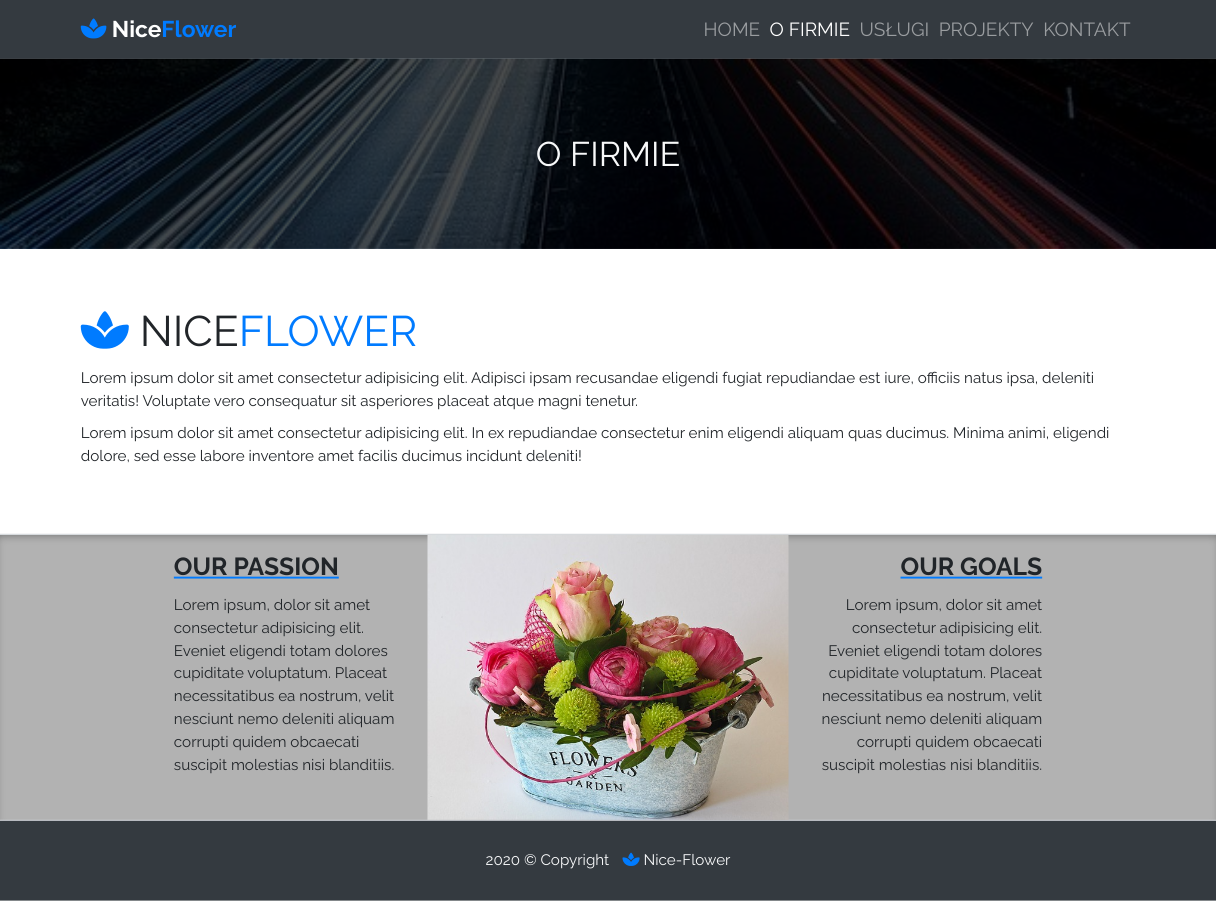
Repository: KrzysKolo/Projekt-13_Kwiaciarnia
Page: abouteus.html
An editor plug-in stored every save of this project. The page is shown before and after the next save, followed by the edit.
The browser window is 1280 px wide. The pictures show the whole page, at 95% of full size.
Some web libraries are served in a nearby version.

Above is the page before, as saved 2020-08-10 10:05:03.

### abouteus.html
<!DOCTYPE html>
<html lang="pl">
  <head>
    <meta charset="UTF-8" />
    <meta name="viewport" content="width=device-width, initial-scale=1.0" />
    <title>Nice-Flower</title>
    <script
      src="https://kit.fontawesome.com/21efeaf281.js"
      crossorigin="anonymous"
    ></script>

    <link
      rel="stylesheet"
      href="https://stackpath.bootstrapcdn.com/bootstrap/4.5.0/css/bootstrap.min.css"
      integrity="sha384-9aIt2nRpC12Uk9gS9baDl411NQApFmC26EwAOH8WgZl5MYYxFfc+NcPb1dKGj7Sk"
      crossorigin="anonymous"
    />
    <link
      href="https://fonts.googleapis.com/css2?family=Raleway:wght@400;700&display=swap"
      rel="stylesheet"
    />
    <link rel="stylesheet" href="style.css" />
  </head>
  <body>
    <nav class="navbar navbar-expand-lg navbar-dark bg-dark py-3">
      <div class="container">
        <a class="navbar-brand" href="#"
          ><i class="fas fa-spa text-primary"></i> Nice<span
            class="text-primary"
            >Flower</span
          ></a
        >
        <button
          class="navbar-toggler border-0"
          type="button"
          data-toggle="collapse"
          data-target="#navbarNavAltMarkup"
          aria-controls="navbarNavAltMarkup"
          aria-expanded="false"
          aria-label="Toggle navigation"
        >
          <i class="fas fa-bars px-4"></i>
        </button>
        <div class="collapse navbar-collapse" id="navbarNavAltMarkup">
          <div class="navbar-nav ml-auto">
            <a class="nav-link" href="index.html">Home </a>
            <a class="nav-link active" href="#"
              >O firmie<span class="sr-only">(current)</span></a
            >
            <a class="nav-link" href="services.html">Usługi</a>
            <a class="nav-link" href="projects.html">Projekty</a>
            <a class="nav-link" href="contact.html">Kontakt</a>
          </div>
        </div>
      </div>
    </nav>

    <!-- MAIN -->
    <main>
      <section class="top-hero aboutus-hero">
        <div class="hero-shadow"></div>
        <p class="top-hero-text text-light">O firmie</p>
      </section>
      <section class="aboutus-top p-5">
        <div class="row">
          <div class="container py-5">
            <p class="display-3">
              <i class="fas fa-spa text-primary"></i> Nice<span
                class="text-primary"
                >Flower</span
              >
            </p>
            <p>
              Lorem ipsum dolor sit amet consectetur adipisicing elit. Adipisci
              ipsam recusandae eligendi fugiat repudiandae est iure, officiis
              natus ipsa, deleniti veritatis! Voluptate vero consequatur sit
              asperiores placeat atque magni tenetur.
            </p>
            <p>
              Lorem ipsum dolor sit amet consectetur adipisicing elit. In ex
              repudiandae consectetur enim eligendi aliquam quas ducimus. Minima
              animi, eligendi dolore, sed esse labore inventore amet facilis
              ducimus incidunt deleniti!
            </p>
          </div>
        </div>
      </section>
      <section class="border-top border-bottom aboutus-info aboutus-shadow">
        <div class="container">
          <div class="row m-0 justify-content-center">
            <div class="col-lg-3 aboutus-text abouts-text-left">
              <h3>our passion</h3>
              <p>
                Lorem ipsum, dolor sit amet consectetur adipisicing elit.
                Eveniet eligendi totam dolores cupiditate voluptatum. Placeat
                necessitatibus ea nostrum, velit nesciunt nemo deleniti aliquam
                corrupti quidem obcaecati suscipit molestias nisi blanditiis.
              </p>
            </div>
            <div class="d-lg-none col aboutus-img"></div>
            <div class="d-none d-lg-block col-lg-4 aboutus-img"></div>
            <div class="col-lg-3 aboutus-text abouts-text-right">
              <h3>our goals</h3>
              <p>
                Lorem ipsum, dolor sit amet consectetur adipisicing elit.
                Eveniet eligendi totam dolores cupiditate voluptatum. Placeat
                necessitatibus ea nostrum, velit nesciunt nemo deleniti aliquam
                corrupti quidem obcaecati suscipit molestias nisi blanditiis.
              </p>
            </div>
          </div>
        </div>
      </section>
    </main>
    <footer class="bg-dark text-light">
      <p class="py-5 px-3 mb-0 text-center">
        2020 &copy; Copyright
        <i class="ml-3 fas fa-spa text-primary"></i> Nice-Flower
      </p>
    </footer>
    <script
      src="https://code.jquery.com/jquery-3.5.1.slim.min.js"
      integrity="sha384-DfXdz2htPH0lsSSs5nCTpuj/zy4C+OGpamoFVy38MVBnE+IbbVYUew+OrCXaRkfj"
      crossorigin="anonymous"
    ></script>
    <script
      src="https://cdn.jsdelivr.net/npm/popper.js@1.16.0/dist/umd/popper.min.js"
      integrity="sha384-Q6E9RHvbIyZFJoft+2mJbHaEWldlvI9IOYy5n3zV9zzTtmI3UksdQRVvoxMfooAo"
      crossorigin="anonymous"
    ></script>
    <script
      src="https://stackpath.bootstrapcdn.com/bootstrap/4.5.0/js/bootstrap.min.js"
      integrity="sha384-OgVRvuATP1z7JjHLkuOU7Xw704+h835Lr+6QL9UvYjZE3Ipu6Tp75j7Bh/kR0JKI"
      crossorigin="anonymous"
    ></script>
  </body>
</html>

### style.css
* {
  box-sizing: border-box;
  margin: 0;
  padding: 0;
}
html {
  font-size: 62.5%;
}
body {
  font-family: "Raleway", sans-serif;
  font-size: 1.6rem;
}
.hero-shadow {
  position: absolute;
  top: 0;
  width: 100%;
  height: 100%;
  background-color: rgba(0, 0, 0, 0.7);
  z-index: -1;
}
.additional-text {
  font-size: 1.8rem;
}
.top-hero {
  position: relative;
  height: 20rem;
  background-size: cover;
  z-index: 0;
}
.top-hero-text {
  display: flex;
  justify-content: center;
  align-items: center;
  height: 100%;
  font-size: 3.6rem;
  text-transform: uppercase;
}
/* ----------- */
/*  nawigacja  */
/* ----------- */
nav {
  font-size: 2rem;
  text-transform: uppercase;
}
.navbar-toggler {
  font-size: 3rem;
}
.navbar-brand {
  font-size: 2.4rem;
  font-weight: bold;
  text-transform: none;
}
/* ----------- */
/*    header   */
/* ----------- */
header {
  font-size: 2rem;
}
.carousel-item {
  position: relative;
  height: 400px;
  background-position: center;
  background-size: cover;
  z-index: 0;
}
.carousel-img-one {
  background-image: url("./img/b1m.jpg");
}
.carousel-img-two {
  background-image: url("./img/b2m.jpg");
}
.carousel-img-three {
  background-image: url("./img/b4m.jpg");
}
/* ----------- */
/*     main    */
/* ----------- */
.home-boxes {
  padding: 5rem 0;
}
.home-box i {
  font-size: 4rem;
}
.home-box h3 {
  font-size: 2.6rem;
}
/* ----------- */
.home-passion {
  position: relative;
  height: 350px;
  background-image: url("./img/b8m.jpg");
  background-position: center;
  background-size: cover;
  z-index: 0;
}
/* ----------- */
.home-brand h3 {
  font-size: 3rem;
  font-weight: bold;
}
/* ----------- */
/*   aboutus   */
/* ----------- */
.aboutus-hero {
  background-image: url("./img/obrazek1.jpg");
  background-position: bottom;
}
/* ----------- */
.aboutus-top .display-3 {
  text-transform: uppercase;
}
/* ----------- */
.aboutus-info {
  background-color: rgba(0, 0, 0, 0.3);
}
.aboutus-info .container {
  padding: 2em 0.5em;
}
.aboutus-text {
  padding: 1.8rem;
}
.aboutus-text h3 {
  margin-bottom: 0.5em;
  font-size: 2.6rem;
  text-transform: uppercase;
  font-weight: bold;
  text-decoration: underline #007bff;
}
.abouts-text-right {
  text-align: right;
}
.aboutus-img {
  height: 300px;
  background-image: url("./img/b5m.jpg");
  background-position: center;
  background-size: cover;
}
/* ----------- */
/*    footer   */
/* ----------- */
footer {
  font-size: 1.6rem;
}
@media (min-width: 992px) {
  .aboutus-info .container {
    padding: 0;
  }
  .aboutus-shadow {
    box-shadow: inset 0 5px 10px -5px rgba(0, 0, 0, 0.4);
  }
}
@media (min-width: 1400px) {
  .carousel-item {
    height: 600px;
  }
  .carousel-img-one {
    background-image: url("./img/b1.jpg");
  }
  .carousel-img-two {
    background-image: url("./img/b2.jpg");
  }
  .carousel-img-three {
    background-image: url("./img/b4.jpg");
  }
}

After the next save:
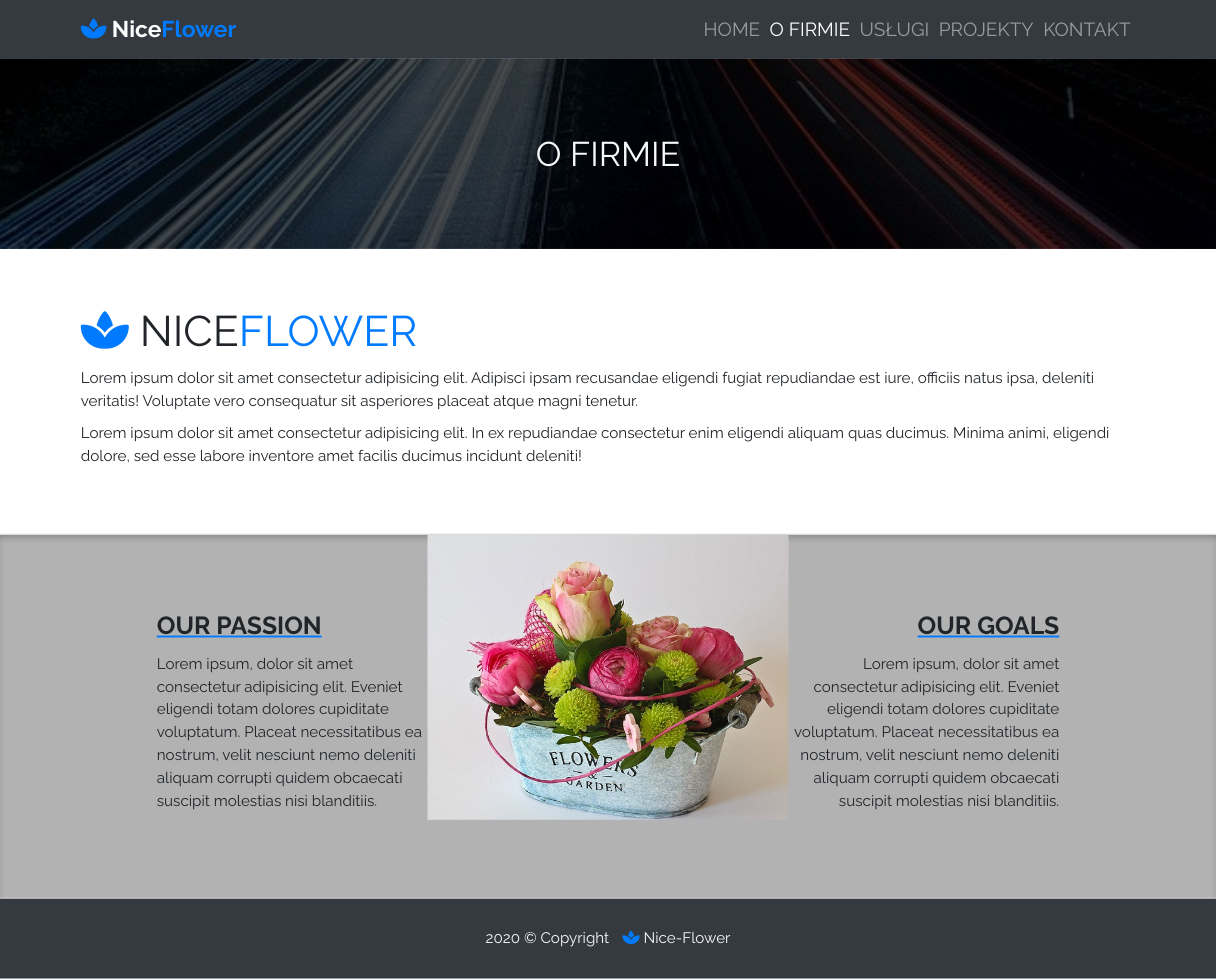
Saved 79 s later.
--- a/style.css
+++ b/style.css
@@ -148,6 +148,9 @@ footer {
   .aboutus-shadow {
     box-shadow: inset 0 5px 10px -5px rgba(0, 0, 0, 0.4);
   }
+  .aboutus-text {
+    padding: 5em 0;
+  }
 }
 @media (min-width: 1400px) {
   .carousel-item {
